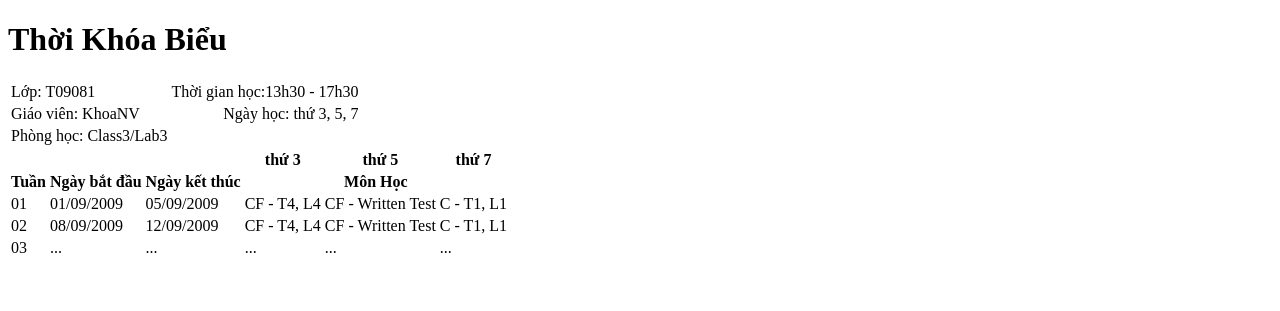
Repository: Lehuyhuynh/BT1-HTML
Page: index.html
An editor plug-in stored every save of this project. The page is shown before and after a run of saves, followed by the edit.
The browser window is 1280 px wide. The pictures show the whole page.

Above is the page before, as saved 2023-08-06 20:52:32.
Not found: style.css

After the next 3 saves:
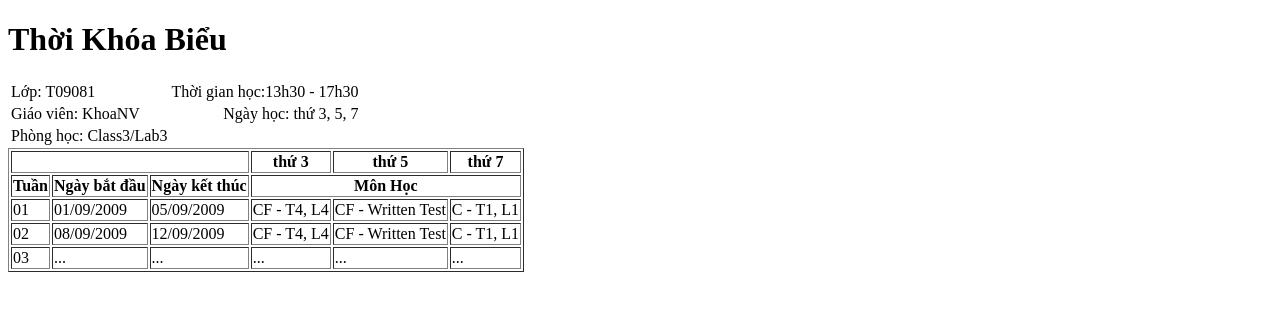
The 3 saves are shown as one change because they came seconds apart.
The last was saved 44 s later.
--- a/index.html
+++ b/index.html
@@ -31,7 +31,7 @@
 
 
     <div border="1">
-        <table id="timetable">
+        <table id="timetable" border="1">
                 <tr class="first">
                     <th colspan="3"></th>
                     <th>thứ 3</th>
